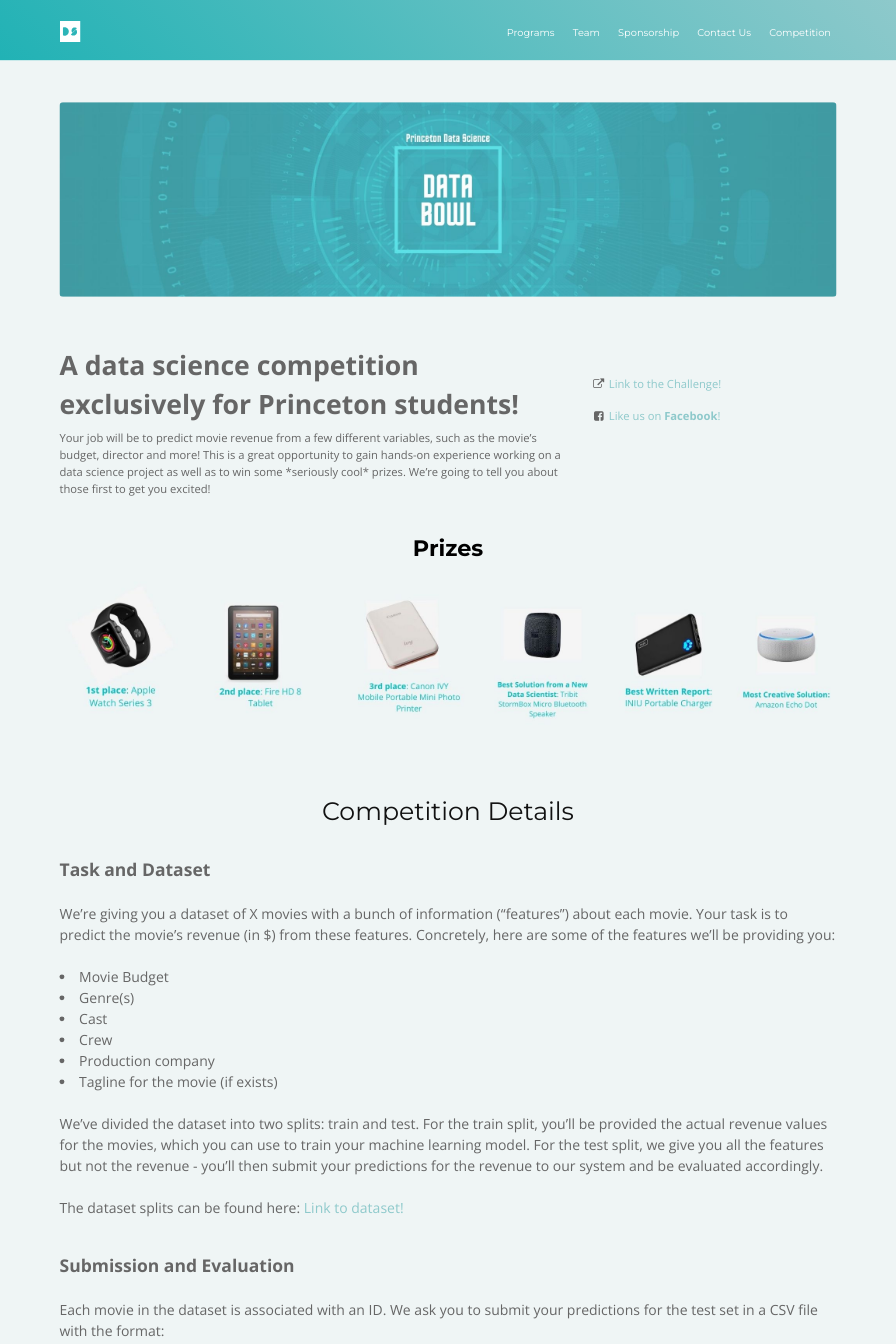
Repository: princetonds/princetonds.github.io
Page: competition.html
These files come from the project's save history. The page is drawn as it stood at one moment and after a run of saves; the edit follows.
The browser window is 1280 px wide. The pictures show the part of the page from y = 0 to 1920 px (the page is 3780 px tall), at 70% of full size.

Above is the page before, as saved 2021-03-21 15:57:43.
Console error: TypeError: Cannot read properties of null (reading 'innerHTML')

### competition.html
<!DOCTYPE html>
<html lang="en">
<head>
  <meta charset="utf-8">
  <title>Princeton Data Science (PDS)</title>
  <meta content="width=device-width, initial-scale=1.0" name="viewport">
  <meta content="" name="keywords">
  <meta content="" name="description">

  <!-- Favicons (created with http://realfavicongenerator.net/)-->
  <link rel="apple-touch-icon" sizes="180x180" href="/img/favicons/apple-touch-icon.png">
  <link rel="icon" type="image/png" href="/img/favicons/favicon-32x32.png" sizes="32x32">
  <link rel="icon" type="image/png" href="/img/favicons/favicon-16x16.png" sizes="16x16">
  <link rel="manifest" href="/img/favicons/manifest.json">
  <link rel="mask-icon" href="/img/favicons/safari-pinned-tab.svg" color="#49acad">
  <link rel="shortcut icon" href="/img/favicons/favicon.ico">
  <meta name="msapplication-config" content="/img/favicons/browserconfig.xml">
  <meta name="theme-color" content="#ffffff">

  <!-- Facebook Graph tags -->
  <meta property="og:url" content="https://princetonds.io" />
  <meta property="og:site_name" content="princetonds.io" />
  <meta property="og:title" content="Princeton Data Science (PDS)" />
  <meta name="og:description" content="Princeton Data Science (PDS) was founded in 2014-2015 to promote the practice and study of data science, a growing field that spans many disciplines such as statistics, machine learning, computer science, and business analytics." />
  <meta property="og:image" content="https://princetonds.io/img/500px_square_logo.png" />

  <!-- Google Fonts -->
  <link href="https://fonts.googleapis.com/css?family=Montserrat:300,400,500,700|Open+Sans:300,400,700" rel="stylesheet">

  <!-- Bootstrap CSS File -->
  <link href="lib/bootstrap/css/bootstrap.min.css" rel="stylesheet">

  <!-- Libraries CSS Files -->
  <link href="lib/animate/animate.min.css" rel="stylesheet">
  <link href="lib/font-awesome/css/font-awesome.min.css" rel="stylesheet">
  <link href="lib/magnific-popup/magnific-popup.css" rel="stylesheet">

  <!-- Main Stylesheet File -->
  <link href="css/style.css" rel="stylesheet">
  <link href="css/new.css" rel="stylesheet">
</head>

<body>

  <!--==========================
    Header
  ============================-->
  <header id="header">
    <div class="container">

      <div id="logo" class="pull-left">
        <h1><a href="#teamintro" class="scrollto"><img class="navbar-logo" src="img/inverted-logo.svg"></a></h1>
     </div>

      <nav id="nav-menu-container">
        <ul class="nav-menu">
          <li class="menu-active"><a href="https://princetonds.io">Programs</a></li>
          <li><a href="team.html">Team</a></li>
          <li><a href="media/sponsorship.pdf">Sponsorship</a></li>
          <li><a href="#contact">Contact Us</a></li>
          <li><a href="#competition.html">Competition</a></li>
        </ul>
      </nav><!-- #nav-menu-container -->
    </div>
  </header><!-- #header -->

  <!--==========================
    Intro Section
  ============================-->

  <!--==========================
    Intro Section
  ============================-->
  <section id="teamintro">
    <!-- <div class="team-intro-text">
      <h3>Our Team</h3>
    </div> -->
  </section>


  <!-- #intro -->


  <main id="main">


    <!--==========================
      Our Team Section
    ============================-->
    <section id="team" class="section-bg">
      <div class="container">
          <!-- <h3 class="section-title">Princeton Data Bowl</h3> -->
              <!-- <p style="text-align:center;">Enter team description here...</p> -->
              <div class="member3">
                <div class="pic"><img src="img/competition/logo.jpg" alt=""></div>
              </div>

          <!-- <span class="section-divider"></span> -->
        </div>
      </div>

    <!--==========================
      Contact Section
    ============================-->
      <div class="container">
        <br>
        <br>
        <div class="row wow fadeInUp">
          <div class="col-lg-8 col-md-6">
            <label style="font-size: 38px"><strong>A data science competition exclusively for Princeton students!</strong></label>
            <br>
            <p>
               Your job will be to predict movie revenue from a few different variables, such as the movie’s budget, director </li>
              and more! This is a great opportunity to gain hands-on experience working on a data science project as well as to win some *seriously cool* prizes. We’re going to tell you about those first to get you excited!</p>
          </div>
          <div class="col-lg-4 col-md-6 links">
            <br>
            <br>
            <p><i class="fa fa-external-link fa-fw"></i>   <a href="https://eval.ai/web/challenges/challenge-page/871/overview">Link to the Challenge!</a>
            </p>
            <p><i class="fa fa-facebook-square fa-fw"></i> <a href="https://www.facebook.com/princetonds" class="facebook">Like us on <strong>Facebook</strong>!</a></p>
          </div>
        </div>
      </div>


    <div class="container">
      <div class="section-header">
        <!-- <h3 class="section-title">Princeton Data Bowl</h3> -->
            <br>
            <h2 style="text-align:center; color:black"><strong>Prizes</strong></h2>
            <div class="member3">
              <div class="pic"><img src="img/competition/prizes.jpg" alt=""></div>
            </div>

        <!-- <span class="section-divider"></span> -->
      </div>
    </div>

<br>
<br>
    <div class="container">
      <div class="section-header">
        <h3 class="section-title" style="font-size: 36px;">Competition Details</h3>
            <br>
            <p><strong style="font-size: 25px;">Task and Dataset</strong></p>
            <span style="font-size: 20px;">
            <p style="font-size: 20px;">
              We’re giving you a dataset of X movies with a bunch of information (“features”) about each movie. Your task is to predict the movie’s revenue (in $) from these features. Concretely, here are some of the features we’ll be providing you:
            </p>
              <li> Movie Budget </li>
              <li> Genre(s) </li>
              <li> Cast </li>
              <li> Crew </li>
              <li> Production company </li>
              <li> Tagline for the movie (if exists)</li>
              <br>
              We’ve divided the dataset into two splits: train and test. For the train split, you’ll be provided the actual revenue values for the movies, which you can use to train your machine learning model. For the test split, we give you all the features but not the revenue - you’ll then submit your predictions for the revenue to our system and be evaluated accordingly.
              <br>
              <br>
              The dataset splits can be found here: <a href="https://github.com/princetonds/PDS-Movie-Competition">Link to dataset!</a>
            </span>
              <br>
            <br>
        <!-- <span class="section-divider"></span> -->
      </div>
    </div>
    <div class="container">
      <div class="section-header">
            <br>
            <p><strong style="font-size: 25px;">Submission and Evaluation</strong></p>
            <span style="font-size: 20px;">
            <p>
              Each movie in the dataset is associated with an ID. We ask you to submit your predictions for the test set in a CSV file with the format:
            </p>
            MovieID, prediction
            <br>
            MovieID, prediction
              <br>
            <br>
            We’ll be evaluating your predictions using <strong>RMSLE</strong>, or Root Mean-Squared Log Error. This metric computes the squared difference between the log of your prediction and log of the actual value. Here’s the equation for RMSLE, where xiis your prediction and yiis the actual value:
            <br>
            <br>
            This next part is <strong>very important</strong>. On the backend we’ve divided up the test set into a public and private test set. When you submit your predictions for the test set, you can either submit to the public or private leaderboard. Submitting to the public leaderboard allows you to see how you measure up to other participants, and you can submit up to ten times per day. However, your final score will be evaluated on the private leaderboard, for which you only have three submissions total. Do not forget to submit to the private leaderboard, but also use your submissions sparingly! The reason we do this is so that participants can’t “overfit” to the public leaderboard by constantly tweaking parameters of their model and resubmitting.
            <br>
            <br>
            More details can be found on the EvalAI Competition site (see link above).
            <br>
          </span>
            <!-- <span class="section-divider"></span> -->
      </div>
    </div>
    <br>
    <div class="container">
      <div class="section-header">
            <br>
            <p><strong style="font-size: 25px;">Team:</strong></p>
            <div class="row wow fadeInUp">
              <div class="col-lg-3 col-md-3">
                <h2 style="text-align:center; color:black"></h2>
                <!-- <p style="text-align:center;">Enter team description here...</p> -->
                <div class="member2">
                  <div class="pic"><img src="img/team/joyce.jpg" alt=""></div>
                  <h4>Joyce Luo</h4>
                  <!-- <div class="social">
                    <p class="profile-description">.</p>
                  </div> -->
                </div>

                <div class="member2">
                  <div class="pic"><img src="img/team/ellie.jpg" alt=""></div>
                  <h4>Ellie Bae</h4>
                  <!-- <div class="social">
                    <p class="profile-description">.</p>
                  </div> -->
                </div>


              </div>
              <div class="col-lg-3 col-md-3">
                <h2 style="text-align:center; color: Black"></h2>
                <!-- <p style="text-align:center;">Enter team description here...</p> -->
                <div class="member2">
                  <div class="pic"><img src="img/team/kevin.jpg" alt=""></div>
                  <h4>Kevin Huang</h4>
                  <!-- <div class="social">
                    <p class="profile-description">.</p>
                  </div> -->
                </div>

                <div class="member2">
                  <div class="pic"><img src="img/team/nab.jpg" alt=""></div>
                  <h4>Nabhonil Kar</h4>
                  <!-- <div class="social">
                    <p class="profile-description">.</p>
                  </div> -->
                </div>




              </div>
              <div class="col-lg-3 col-md-3">
                <h2 style="text-align:center; color: Black"></h2>
                <!-- <p style="text-align:center;">Enter team description here...</p> -->
                <div class="member2">
                  <div class="pic"><img src="img/team/sahil.jpg" alt=""></div>
                  <h4>Sahil Jain</h4>
                  <!-- <div class="social">
                    <p class="profile-description">.</p>
                  </div> -->
                </div>

                <div class="member2">
                  <div class="pic"><img src="img/team/neil.jpg" alt=""></div>
                  <h4>Neil Hazra</h4>
                  <!-- <div class="social">
                    <p class="profile-description">.</p>
                  </div> -->
                </div>


              </div>
              <div class="col-lg-3 col-md-3">
                <h2 style="text-align:center; color: Black"></h2>
                <!-- <p style="text-align:center;">Enter team description here...</p> -->
                <div class="member2">
                  <div class="pic"><img src="img/team/sahila.jpg" alt=""></div>
                  <h4>Sahil Ambardekar</h4>
                  <!-- <div class="social">
                    <p class="profile-description">.</p>
                  </div> -->
                </div>

                <div class="member2">
                  <div class="pic"><img src="img/team/arjun.jpg" alt=""></div>
                  <h4>Arjun Mani</h4>
                  <!-- <div class="social">
                    <p class="profile-description">.</p>
                  </div> -->
                </div>


              </div>


      </div>
    </div>


<br>
<br>


    <section id="sponsors">
      <div class="container">
        <h3 class="text-center sponsor-title">
          Our generous sponsor:
        </h3>
          <div class="text-center">
            <img src="img/sponsors/csml.jpg" alt="">
          </div>
        </div>
      </div>
    </section><!-- #more-features -->



    </section><!-- #team -->

    <!--==========================
      Contact Section
    ============================-->
    <section id="contact">
      <div class="container">
        <div class="row wow fadeInUp">
          <div class="contact-about">
            <div class="col-lg-12 col-md-12">
              <h3>Contact Us</h3>
            </div>
          </div>
        </div>

        <div class="row wow fadeInUp">
          <div class="col-lg-8 col-md-6">
            <p>Please do note that Princeton Data Science is a student organization and not a university department. Consequently, we do not sponsor PhD or Masters students.</p>
          </div>
          <div class="col-lg-4 col-md-6 links">
            <p><i class="fa fa-envelope fa-fw"></i> hello [at] princetonds.io</p>
            <p><i class="fa fa-facebook-square fa-fw"></i> <a href="https://www.facebook.com/princetonds" class="facebook">Like us on <strong>Facebook</strong>!</a></p>
          </div>
        </div>
      </div>
    </section><!-- #contact -->

  </main>

  <!--==========================
    Footer
  ============================-->
  <footer id="footer">
    <div class="container">
      <div class="row">
        <div class="col-lg-6 text-lg-left text-center">
          <div class="copyright">
            &copy; Copyright <strong>Princeton Data Science</strong>. Made by <a href="https://jisungkim.com">Ji-Sung Kim</a>.
          </div>
          <div class="credits">
          </div>
        </div>
        <div class="col-lg-6">
          <nav class="footer-links text-lg-right text-center pt-2 pt-lg-0">
            <a href="#programs" class="scrollto">Programs</a>
            <a href="#team" class="scrollto">Team</a>
            <a href="media/sponsorship.pdf">Sponsorship</a>
          </nav>
        </div>
      </div>
    </div>
  </footer><!-- #footer -->

  <a href="#" class="back-to-top"><i class="fa fa-chevron-up"></i></a>

  <!-- JavaScript Libraries -->
  <script src="lib/jquery/jquery.min.js"></script>
  <script src="lib/jquery/jquery-migrate.min.js"></script>
  <script src="lib/bootstrap/js/bootstrap.bundle.min.js"></script>
  <script src="lib/easing/easing.min.js"></script>
  <script src="lib/wow/wow.min.js"></script>
  <script src="lib/superfish/hoverIntent.js"></script>
  <script src="lib/superfish/superfish.min.js"></script>
  <script src="lib/magnific-popup/magnific-popup.min.js"></script>

  <!-- Template Main Javascript File -->
  <script src="js/main.js"></script>
  <script src="js/typewriter.js"></script>

</body>
</html>

### css/new.css
.program {
    padding: 40px;
}

.program h3 {
    color: black;
    font-weight: 700;
    font-family: "Open Sans";
}

.section {
    padding-top: 100px;
}


#programs {
    padding: 60px 0;
}

#clients {
    padding: 60px 0;
}

.sponsor-title {
    padding-bottom: 15px;
}

.profile-description {
    font-size: 14px;
}

.arjun {
    font-size: 15px !important;
    line-height: 22px;
}

.links p {
    line-height: 12px;
}

.presidents {
    color: #999999;
    font-size: 16px;
}

Loaded but not shown: lib/bootstrap/css/bootstrap.min.css (library); lib/animate/animate.min.css (library); lib/font-awesome/css/font-awesome.min.css (library); lib/magnific-popup/magnific-popup.css (library); lib/jquery/jquery.min.js (library); lib/jquery/jquery-migrate.min.js (library); lib/bootstrap/js/bootstrap.bundle.min.js (library); lib/easing/easing.min.js (common file); lib/wow/wow.min.js (library); lib/superfish/hoverIntent.js (library); lib/superfish/superfish.min.js (library); lib/magnific-popup/magnific-popup.min.js (library); js/main.js (125 lines, source omitted); js/typewriter.js (28 lines, source omitted); css/style.css (1350 lines, source omitted)

After the next 3 saves:
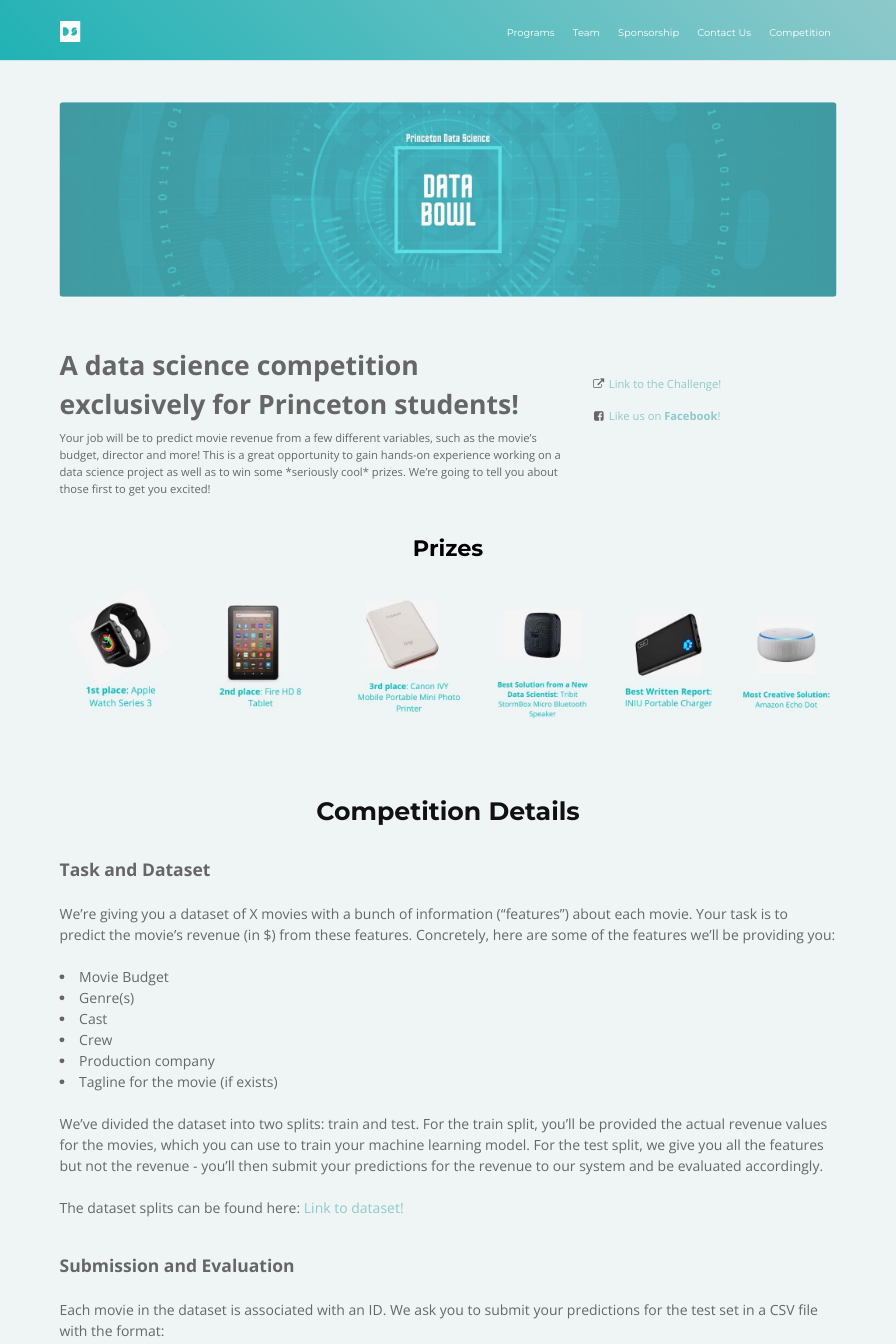
The 3 saves are shown as one change because they came seconds apart.
The last was saved 10 s later.
--- a/competition.html
+++ b/competition.html
@@ -141,7 +141,7 @@
 <br>
     <div class="container">
       <div class="section-header">
-        <h3 class="section-title" style="font-size: 36px;">Competition Details</h3>
+        <h3 class="section-title" style="font-size: 36px;"><strong>Competition Details</strong></h3>
             <br>
             <p><strong style="font-size: 25px;">Task and Dataset</strong></p>
             <span style="font-size: 20px;">
